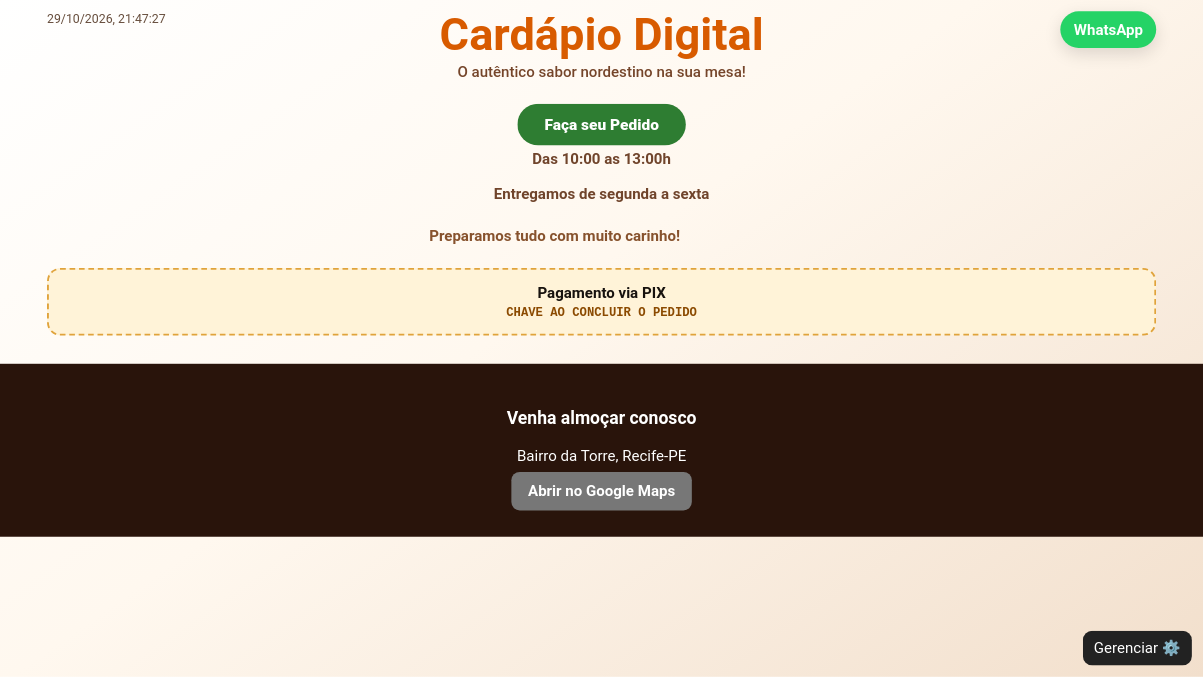
Repository: JeffRodFer/sd-copy-01-frontend
Page: index.html
These files come from the project's save history. The page is drawn as it stood at one moment and after a run of saves; the edit follows.
The browser window is 1280 px wide. The pictures show the whole page, at 94% of full size.
The page's requests for data from a server got no answer.

Above is the page before, as saved 2026-10-31 11:38:27.

### index.html
<!DOCTYPE html>
<html lang="pt-BR">

<head>
  <meta charset="UTF-8">
  <meta name="viewport" content="width=device-width, initial-scale=1.0">
  <title>Cardápio Digital</title>
  <link rel="stylesheet" href="style.css">
</head>

<body>


  <header class="container">

    <div class="topbar">

      <div id="datetime" class="datetime"></div>


      <div class="brand">

        <h1>
          Cardápio Digital
        </h1>

        <p>
          O autêntico sabor nordestino na sua mesa!
        </p>

      </div>


      <a id="wa-float-link" class="wa-float" href="https://wa.me/5581920036280" target="_blank" rel="noopener">
        WhatsApp
      </a>

    </div>


    <button class="cta" id="openOrder">
      Faça seu Pedido
    </button>


    <div class="notice">
      Das 10:00 as 13:00h <br><br>
      Entregamos de segunda a sexta
    </div>

  </header>


  <main class="container" id="menu"></main>


  <div class="container note">
    Preparamos tudo com muito carinho!
  </div>

  <!-- CARDS INFORMATIVOS

  -->


  <div class="container pix">

    <strong>
      Pagamento via PIX
    </strong>

    <br>


    <code>
    CHAVE AO CONCLUIR O PEDIDO
  </code>

  </div>


  <footer class="footer">

    <div class="container">

      <h3>
        Venha almoçar conosco
      </h3>

      <div>
        Bairro da Torre, Recife-PE
      </div>


      <a class="maps" href="https://maps.google.com/?q=Rua+Vermelha+02+Torre" target="_blank" rel="noopener">
        Abrir no Google Maps
      </a>


    </div>

  </footer>


  <button class="manage" id="openAdmin">
    Gerenciar ⚙️
  </button>
  <br>
  <br>
  <br>
  <br>

  <!-- =====================================================
     MODAL DO PEDIDO
     ===================================================== -->

  <div class="overlay hidden" id="orderOverlay">

    <div class="modal">


      <!-- PASSO 1 -->

      <div id="orderStep1" class="step active">

        <h2>
          Faça seu Pedido
        </h2>


        <div id="orderError1" class="error hidden"></div>


        <div class="form-grid">


          <div class="field">

            <label>
              Nome Completo
            </label>

            <input id="customerName" autocomplete="name">

          </div>


          <div class="field">

            <label>
              Telefone
            </label>

            <input id="customerPhone" inputmode="tel" autocomplete="tel" maxlength="15" placeholder="(81) 99999-8888">

          </div>


          <div class="field full">

            <label>
              Endereço de Entrega
            </label>

            <input id="customerAddress" autocomplete="street-address">

          </div>


          <div class="field">

            <label>
              Quantidade de Marmitas
            </label>

            <input id="mealCount" type="number" min="1" max="20" value="1">

          </div>


        </div>


        <div class="delivery">

          <label>

            <input type="radio" name="delivery" value="true" checked>

            Entrega em casa - R$ 5,00

          </label>


          <label>

            <input type="radio" name="delivery" value="false">

            Retirar no Restaurante - R$ 0,00

          </label>

        </div>


        <div class="actions">

          <button class="btn gray" id="closeOrder1">
            Cancelar
          </button>


          <button class="btn green" id="toStep2">
            Continuar
          </button>

        </div>

      </div>


      <!-- PASSO 2 -->

      <div id="orderStep2" class="step">

        <h2>
          Monte suas Marmitas
        </h2>


        <div id="orderError2" class="error hidden"></div>


        <div id="marmitas"></div>


        <div class="actions">

          <button type="button" class="btn gray" id="backStep1">
            Voltar
          </button>


          <button type="button" class="btn green" id="toStep3" onclick="clicarEncerrarPedido(event)">
            Encerrar e seguir
          </button>

        </div>

      </div>


      <!-- PASSO 3 -->
      <div id="orderStep3" class="step">

        <h2>Resumo do Pedido</h2>

        <div id="orderSummary" class="order-text"></div>

        <div id="finalTotal" class="total"></div>

        <div class="actions">
          <button class="btn red" id="cancelFinal">
            Voltar
          </button>

          <button class="btn green" id="sendRestaurant">
            Enviar Pedido ao Restaurante
          </button>
        </div>

      </div>

    </div>

  </div>


  <!-- =====================================================
     MODAL ADMINISTRATIVO
     ===================================================== -->

  <div class="overlay hidden" id="adminOverlay">

    <div class="admin-modal">

      <h2>
        Gerenciar Cardápio
      </h2>


      <div id="adminError" class="error hidden"></div>


      <!-- LOGIN -->

      <div id="adminLogin">

        <div class="field">

          <label>
            Usuário
          </label>

          <input id="adminUser" autocomplete="username" value="admin">

        </div>


        <div class="field" style="margin-top:10px">

          <label>
            Senha
          </label>

          <input id="adminPassword" type="password" autocomplete="current-password">

        </div>


        <div class="actions">

          <button class="btn gray" id="closeAdminLogin">
            Fechar
          </button>


          <button class="btn green" id="adminLoginBtn">
            Entrar
          </button>

        </div>

      </div>


      <!-- PAINEL -->

      <div id="adminPanel" class="hidden">

        <div id="adminItems" class="admin-grid"></div>


        <div class="actions">

          <button class="btn gray" id="adminClose">
            Fechar
          </button>


          <button class="btn green" id="adminSave">
            Salvar alterações
          </button>

        </div>

      </div>

    </div>

  </div>


  <script src="script.js"></script>
</body>

</html>

### style.css
:root {
      --orange: #f57c00;
      --brown: #6d3414;
      --green: #2e7d32;
      --red: #d32f2f;
      --blue: #1976d2;
      --purple: #7b1fa2;
      --cream: #fffaf5;
      --line: #eadfd6;
      --muted: #666;
    }

    * {
      box-sizing: border-box;
    }

    html {
      scroll-behavior: smooth;
    }

    body {
      margin: 0;
      background:
        linear-gradient(145deg,
          #fff 0%,
          #fff8ef 45%,
          #f2dfcc 100%);
      color: #17120e;
      font-family: Roboto, Arial, sans-serif;
      min-height: 100vh;
    }

    button,
    input,
    textarea {
      font: inherit;
    }

    button {
      cursor: pointer;
      border: 0;
    }

    .container {
      width: min(1180px, 94%);
      margin: auto;
    }


    /* HEADER */

    .topbar {
      display: grid;
      grid-template-columns: 1fr auto 1fr;
      align-items: start;
      padding: 12px 0;
      gap: 10px;
    }

    .datetime {
      font-size: .82rem;
      color: #674e3d;
    }

    .brand {
      text-align: center;
    }

    .brand h1 {
      margin: 0;
      color: #d85b00;
      font-size: clamp(1.8rem, 5vw, 3rem);
      line-height: 1.05;
    }

    .brand p {
      margin: 5px 0;
      color: #75452a;
      font-weight: 500;
    }

    .wa-float {
      justify-self: end;
      background: #25d366;
      color: #fff;
      padding: 10px 14px;
      border-radius: 999px;
      text-decoration: none;
      font-weight: 700;
      box-shadow: 0 6px 18px #0002;
    }

    .cta {
      display: block;
      margin: 8px auto 5px;
      background: var(--green);
      color: #fff;
      border-radius: 999px;
      padding: 12px 28px;
      font-weight: 800;
      font-size: 1rem;
      animation: pulse 2s infinite;
    }

    .notice {
      text-align: center;
      color: #70442b;
      font-weight: 700;
      margin-bottom: 18px;
    }

    @keyframes pulse {

      0%,
      100% {
        transform: scale(1);
      }

      50% {
        transform: scale(1.03);
      }
    }


    /* CARDÁPIO */

    .section {
      margin: 20px 0;
    }

    .section h2 {
      margin: 0 0 12px;
      color: var(--brown);
    }

    .grid {
      display: grid;
      grid-template-columns:
        repeat(auto-fit,
          minmax(180px, 1fr));
      gap: 10px;
    }

    .card {
      background: #fff;
      border: 1px solid var(--line);
      border-radius: 14px;
      padding: 14px;
      box-shadow:
        0 3px 12px #5a2a0d12;
    }

    .card strong {
      display: block;
    }

    .unavailable {
      opacity: .52;
    }

    .badge {
      display: inline-block;
      margin-top: 7px;
      font-size: .78rem;
      background: #eee;
      padding: 4px 8px;
      border-radius: 999px;
    }

    .accent-guarnicoes {
      border-top: 5px solid #8b5a2b;
    }

    .accent-proteinas {
      border-top: 5px solid #d32f2f;
    }

    .accent-bebidas {
      border-top: 5px solid #1976d2;
    }

    .accent-sobremesas {
      border-top: 5px solid #7b1fa2;
    }

    .note {
      text-align: center;
      font-weight: 700;
      color: #87522d;
      margin: 25px 0;
    }

    .pix {
      background: #fff3d8;
      border: 2px dashed #e0a33b;
      border-radius: 14px;
      padding: 15px;
      text-align: center;
    }

    .pix code {
      font-weight: 800;
      color: #8b4a00;
      word-break: break-all;
    }


    /* FOOTER */

    .footer {
      margin-top: 30px;
      background: #29140b;
      color: #fff;
      padding: 28px 0;
      text-align: center;
    }

    .maps {
      display: inline-block;
      background: #777;
      color: #fff;
      padding: 11px 18px;
      border-radius: 9px;
      text-decoration: none;
      font-weight: 700;
      margin-top: 8px;
    }

    .manage {
      position: fixed;
      right: 12px;
      bottom: 12px;
      background: #222;
      color: #fff;
      padding: 9px 12px;
      border-radius: 10px;
      z-index: 20;
    }


    /* MODAIS */

    .overlay {
      position: fixed;
      inset: 0;
      background: #0009;
      display: flex;
      align-items: center;
      justify-content: center;
      padding: 12px;
      z-index: 100;
    }

    .hidden {
      display: none !important;
    }

    .modal {
      background: #fff;
      width: min(1050px, 100%);
      max-height: 94vh;
      overflow: auto;
      border-radius: 18px;
      box-shadow: 0 20px 70px #0007;
      padding: 22px;
    }

    .modal h2 {
      color: var(--brown);
      margin: 0 0 18px;
    }

    .step {
      display: none;
    }

    /* =====================================================
ESTILOS DA SEÇÃO DE CATEGORIAS (PÁGINA PRINCIPAL)
===================================================== */
.menu-categories-section {
  padding: 40px 20px;
  text-align: center;
  max-width: 1200px;
  margin: 0 auto;
}

.menu-categories-section h2 {
  font-size: 2rem;
  color: #2c3e50;
  margin-bottom: 8px;
  font-weight: 700;
}

.menu-categories-section .subtitle {
  color: #7f8c8d;
  margin-bottom: 35px;
  font-size: 1.1rem;
}

.categories-grid {
  display: grid;
  grid-template-columns: repeat(auto-fit, minmax(250px, 1fr));
  gap: 20px;
  justify-content: center;
}

.category-card {
  background: #ffffff;
  border-radius: 12px;
  padding: 18px 15px;
  box-shadow: 0 4px 15px rgba(0, 0, 0, 0.05);
  transition: transform 0.3s ease, box-shadow 0.3s ease;
  border: 3px solid #c1611d;
  text-align: center;
}

.category-card:hover {
  transform: translateY(-5px);
  box-shadow: 0 8px 25px rgba(233, 83, 46, 0.1);
  border-color: 2px #d85b00;
}

.category-icon {
  font-size: 2.2rem;
  margin-bottom: 8px;
}

.category-card h3 {
  font-size: 1.2rem;
  color: #333333;
  margin-bottom: 8px;
}

.badge-limit {
  display: inline-block;
  background-color: #e8f5e9;
  color: #2e7d32;
  font-weight: 600;
  font-size: 0.8rem;
  padding: 4px 10px;
  border-radius: 20px;
  margin-bottom: 10px;
}

.badge-limit.livre {
  background-color: #e3f2fd;
  color: #1565c0;
}

.category-card p {
  color: #666666;
  font-size: 0.85rem;
  line-height: 1.4;
  margin: 0;
  border-radius: 2px #8b4a00;
}

    .step.active {
      display: block;
    }


    /* FORMULÁRIO */

    .form-grid {
      display: grid;
      grid-template-columns: 1fr;
      gap: 12px;
    }

    .field label {
      display: block;
      font-weight: 700;
      margin-bottom: 5px;
    }

    .field input,
    .field textarea,
    .field select {
      width: 100%;
      padding: 11px;
      border: 1px solid #cfcfcf;
      border-radius: 10px;
      background: #fff;
    }

    .field textarea {
      min-height: 75px;
      resize: vertical;
    }

    .delivery {
      display: grid;
      gap: 9px;
      margin: 12px 0;
    }

    .delivery label {
      border: 1px solid #ddd;
      border-radius: 10px;
      padding: 12px;
    }


    /* MARMITAS */

    .marmita {
      border: 1px solid #ddd;
      border-radius: 15px;
      padding: 14px;
      margin: 14px 0;
      background: #fff;
    }

    .marmita h3 {
      margin: 0 0 12px;
      color: #7b401f;
    }

    .choice-group {
      margin: 13px 0;
    }

    .choice-group h4 {
      margin: 0 0 8px;
    }

    .choices {
      display: grid;
      grid-template-columns:
        repeat(auto-fit,
          minmax(190px, 1fr));
      gap: 8px;
    }

    .check {
      border: 1px solid #ddd;
      border-radius: 10px;
      padding: 9px;
      background: #fafafa;
    }

    .check input {
      margin-right: 6px;
    }

    .limit {
      font-size: .8rem;
      color: var(--muted);
      margin: 5px 0;
    }


    /*
  IMPORTANTE:
  A linha de quantidade agora é uma GRID
  com nome + preço + menos + quantidade + mais.
  Assim o + nunca cai para a linha de baixo.
*/

    .qty-list {
      display: grid;
      gap: 7px;
    }

    .qty-row {
      display: grid;

      grid-template-columns:
        minmax(0, 1fr) auto auto auto auto;

      align-items: center;

      gap: 8px;

      border: 1px solid #eee;
      border-radius: 11px;
      padding: 8px;

      background: #faf8f6;
    }

    .qty-name {
      min-width: 0;
      font-weight: 700;
      overflow-wrap: anywhere;
    }

    .qty-price {
      font-size: .9rem;
      color: #555;
      white-space: nowrap;
    }

    .qty-btn {
      width: 36px;
      height: 36px;
      border-radius: 9px;
      background: #eee;
      font-weight: 900;
      font-size: 1.1rem;
    }

    .qty-value {
      min-width: 22px;
      text-align: center;
      font-weight: 800;
    }


    /* BOTÕES */

    .actions {
      display: flex;
      gap: 10px;
      justify-content: flex-end;
      flex-wrap: wrap;
      margin-top: 18px;
    }

    .btn {
      padding: 12px 18px;
      border-radius: 10px;
      font-weight: 800;
    }

    .btn.green {
      background: #2e7d32;
      color: #fff;
    }

    .btn.red {
      background: #e57373;
      color: #fff;
    }

    .btn.gray {
      background: #eee;
    }

    .total {
      font-size: 1.2rem;
      text-align: right;
      color: #18752b;
      font-weight: 900;
      margin-top: 14px;
    }

    .error {
      background: #ffe5e5;
      color: #9b1c1c;
      padding: 10px;
      border-radius: 9px;
      margin: 10px 0;
    }

    .order-text {
      background: #f5f5f5;
      padding: 14px;
      border-radius: 12px;
      white-space: pre-wrap;
      font-family: monospace;
      line-height: 1.45;
    }


    /* ADMIN */

    .admin-modal {
      background: #f5f5f5;
      width: min(1100px, 100%);
      max-height: 92vh;
      overflow: auto;
      border-radius: 18px;
      padding: 20px;
    }

    .admin-grid {
      display: grid;
      grid-template-columns: 1fr;
      gap: 16px;
    }

    .admin-section {
      background: #fff;
      padding: 14px;
      border-radius: 14px;
    }

    .admin-item {
      display: flex;
      align-items: center;
      justify-content: space-between;
      gap: 10px;
      padding: 9px 0;
      border-bottom: 1px solid #eee;
    }

    .admin-item:last-child {
      border-bottom: 0;
    }

    .switch {
      position: relative;
      width: 50px;
      height: 28px;
      flex: 0 0 auto;
    }

    .switch input {
      display: none;
    }

    .slider {
      position: absolute;
      inset: 0;
      background: #bbb;
      border-radius: 30px;
    }

    .slider:before {
      content: "";
      position: absolute;
      width: 22px;
      height: 22px;
      left: 3px;
      top: 3px;
      background: #fff;
      border-radius: 50%;
      transition: .2s;
    }

    .switch input:checked+.slider {
      background: #2e7d32;
    }

    .switch input:checked+.slider:before {
      transform: translateX(22px);
    }


    /* RESPONSIVO */

    @media(min-width:700px) {

      .form-grid {
        grid-template-columns:
          1fr 1fr;
      }

      .form-grid .full {
        grid-column: 1/-1;
      }

      .admin-grid {
        grid-template-columns:
          1fr 1fr;
      }

    }


    @media(max-width:600px) {

      .topbar {
        grid-template-columns:
          1fr auto;
      }

      .brand {
        grid-column: 1/-1;
        grid-row: 1;
      }

      .datetime {
        grid-column: 1;
      }

      .wa-float {
        grid-column: 2;
      }

      /*
    Mantém TODOS os controles da bebida
    na mesma linha.
  */

      .qty-row {
        grid-template-columns:
          minmax(0, 1fr) auto auto auto auto;
      }

      .qty-price {
        font-size: .8rem;
      }

      .modal {
        padding: 15px;
      }

      .actions .btn {
        flex: 1 1 100%;
      }

    }

Loaded but not shown: script.js (1562 lines, source omitted)

After the next 2 saves:
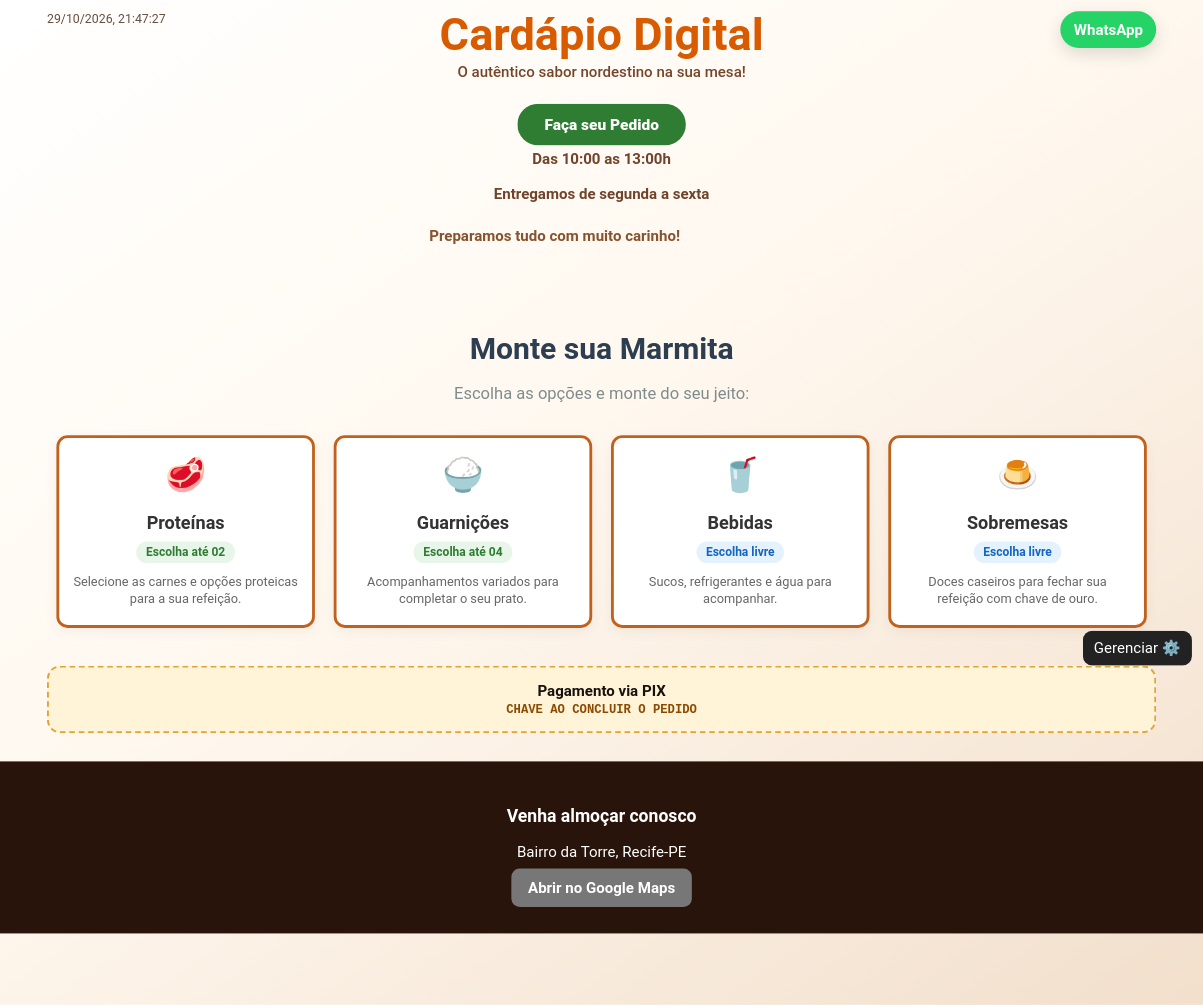
The 2 saves are shown as one change because they came seconds apart.
The last was saved 119 s later.
--- a/index.html
+++ b/index.html
@@ -58,9 +58,44 @@
     Preparamos tudo com muito carinho!
   </div>
 
-  <!-- CARDS INFORMATIVOS
-
-  -->
+  <section class="menu-categories-section">
+  <h2>Monte sua Marmita</h2>
+  <p class="subtitle">Escolha as opções e monte do seu jeito:</p>
+
+  <div class="categories-grid">
+    <!-- Card Proteínas -->
+    <div class="category-card">
+      <div class="category-icon">🥩</div>
+      <h3>Proteínas</h3>
+      <span class="badge-limit">Escolha até 02</span>
+      <p>Selecione as carnes e opções proteicas para a sua refeição.</p>
+    </div>
+
+    <!-- Card Guarnições -->
+    <div class="category-card">
+      <div class="category-icon">🍚</div>
+      <h3>Guarnições</h3>
+      <span class="badge-limit">Escolha até 04</span>
+      <p>Acompanhamentos variados para completar o seu prato.</p>
+    </div>
+
+    <!-- Card Bebidas -->
+    <div class="category-card">
+      <div class="category-icon">🥤</div>
+      <h3>Bebidas</h3>
+      <span class="badge-limit livre">Escolha livre</span>
+      <p>Sucos, refrigerantes e água para acompanhar.</p>
+    </div>
+
+    <!-- Card Sobremesas -->
+    <div class="category-card">
+      <div class="category-icon">🍮</div>
+      <h3>Sobremesas</h3>
+      <span class="badge-limit livre">Escolha livre</span>
+      <p>Doces caseiros para fechar sua refeição com chave de ouro.</p>
+    </div>
+  </div>
+</section>
 
 
   <div class="container pix">
